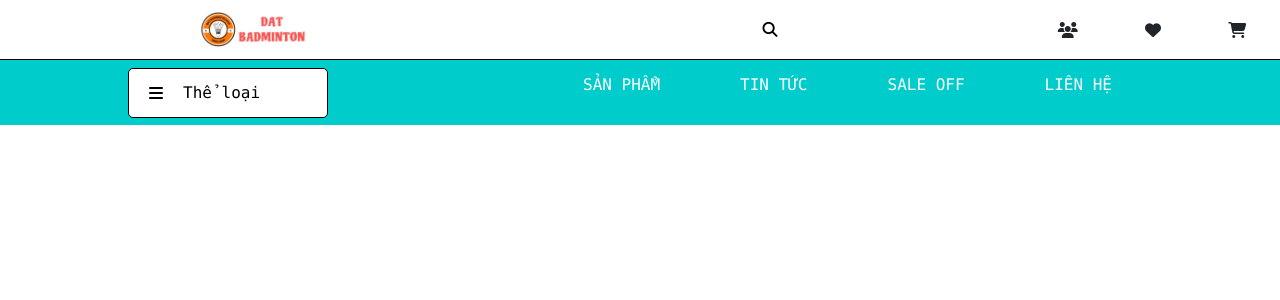
Repository: giacatdat2k5/Baitaplon
Page: da/d1.html
The author's editor kept a copy of each file at every save. The page is drawn from the files as they stood at one save, then again after the next save.
The browser window is 1280 px wide. The pictures show the whole page.

Above is the page before, as saved 2023-11-11 22:22:32.

### da/d1.html
<!DOCTYPE html>
<html lang="en">
    <head>
        <meta charset="UTF-8">
        <meta name="viewport" content="width=device-width, initial-scale=1.0">
        <title>Document</title>
        <link rel="stylesheet" type="text/css" href="d1.css">
        <link rel="stylesheet" href="https://cdnjs.cloudflare.com/ajax/libs/font-awesome/6.4.2/css/all.min.css"/>
        <script src="https://ajax.googleapis.com/ajax/libs/jquery/3.7.1/jquery.min.js"></script>
        <link href="https://cdn.jsdelivr.net/npm/bootstrap@5.3.2/dist/css/bootstrap.min.css" rel="stylesheet" integrity="sha384-T3c6CoIi6uLrA9TneNEoa7RxnatzjcDSCmG1MXxSR1GAsXEV/Dwwykc2MPK8M2HN" crossorigin="anonymous">
    </head>
<body>
    <script src="https://cdn.jsdelivr.net/npm/bootstrap@5.3.2/dist/js/bootstrap.bundle.min.js" integrity="sha384-C6RzsynM9kWDrMNeT87bh95OGNyZPhcTNXj1NW7RuBCsyN/o0jlpcV8Qyq46cDfL" crossorigin="anonymous"></script>
    <div class="header">
        <div class="select">
            <div class="logoo">

            </div>
        </div>
        <div class="search">
            <form action="" id="search-box">
                <input type="text" id="search-text" placeholder="Tìm sản phẩm ..."
                required>
                <button id="search-button"><i class="fa-solid fa-magnifying-glass"></i></button>
            </form>
        </div>
        <div class="icon">
            <i class="fa-solid fa-users"></i>
            <i class="fa-solid fa-heart"></i>
            <i class="fa-solid fa-cart-shopping"></i>
        </div>
    </div>
    <div class="bigmenu">
        <div class="header_inner">
            <div class="logo">
                <i class="fa-solid fa-bars"></i>
                Thể loại
            </div>
            <ul class="menu">
                <li class="menu_item">
                    <a href="" class="menu_link"> Sản Phẩm</a>
                    <div class="menu_child">
                        <div class="menu_child-item">
                            <h4>Vợt cầu lông</h4>
                            <ul class="menu_child-list">
                                <li>Vợt Yonex</li>
                                <li>Vợt Lining</li>
                                <li>Vợt Victoc</li>
                                <li>Vợt Kumpoo</li>
                                <li>Khác</li>
                            </ul>
                        </div>
                        <div class="menu_child-item">
                            <h4>Giày cầu lông</h4>
                            <ul class="menu_child-list">
                                <li>Giày Yonex</li>
                                <li>Giày Linign</li>
                                <li>Giày Mizuno</li>
                                <li>Giày Kamito</li>
                                <li>Khác</li>
                            </ul>
                        </div>
                        <div class="menu_child-item">
                            <h4>Áo cầu lông</h4>
                            <ul class="menu_child-list">
                                <li>Áo Yonex</li>
                                <li>Áo Lining</li>
                                <li>Áo Bubadu</li>
                                <li>Áo ĐTQG</li>
                                <li>Khác</li>
                            </ul>
                        </div>
                        <div class="menu_child-item">
                            <h4>Balo cầu lông</h4>
                            <ul class="menu_child-list">
                                <li>Balo Yonex</li>
                                <li>Balo Kawaski</li>
                                <li>Balo Lining</li>
                                <li>Balo Victoi</li>
                                <li>Khác</li>
                            </ul>
                        </div>
                    </div>
                </li>
                <li class="menu_item"><a href="" class="menu_link"> Tin Tức</a></li>
                <li class="menu_item"><a href="" class="menu_link"> Sale Off</a></li>
                <li class="menu_item"><a href="" class="menu_link"> Liên Hệ</a></li>
            </ul>
        </div>
    </div>
    <div class="link-dan"></div>
</body>
</html>

### da/d1.css
*{
    margin:0;
    list-style-type: none;
}
.header{
    width: 100%;
    height:60px;
    background-color:white;
    border-bottom: 1px solid black;
    display: flex;
}
.select{
    width: 40%;
    height: 100%;
    display: flex;
    align-items: center;
    justify-content: center;
}
.logoo{
    width: 124px;
    height: 60%;
    background-image: url('moinhat.jpg');
    background-size: contain;
    cursor: pointer;
}

.search{
    width: 40%;
    height: 100%;
    display: flex;
    justify-content: center;
    align-items: center;
}
.icon{
    width: 20%;
    height: 100%;
    cursor: pointer;
    display: flex;
    justify-content: space-around;
    align-items: center;
}
.icon i:hover{
    filter: drop-shadow(0 0 2px black);
    color:pink;
    transition: 0.25s ease-in-out;
}
*{
    box-sizing: border-box;
}
#search-box{
    background-color: white;
    border-radius: 30px;
}
#search-box #search-text{
    border:none;
    outline: none;
    background-color: none;
    width: 0;
    padding: 0;
    transition: all 0.25s ease-in-out;
}
#search-box:hover #search-text, #search-box #search-text:valid{
    width: 300px;
    padding: 10px 0px 10px 15px;
}
#search-box #search-button{
    background-color: white;
    border:none;
    padding: 10px 13px;
    cursor: pointer;
    border-radius: 50%;
    font-size: 15px;
}
.bigmenu{
    background-color: #00CCCC;
}
.header_inner{
    max-width: 1024px;
    height: 65px;
    margin: 0 auto;
    display: flex;
    justify-content: space-between;
    align-items:center;
    position: relative;
}
.logo{
    width: 200px;
    height: 50px;
    display: flex;
    align-items: center;
    text-indent: 20px;
    border: 1px solid black;
    border-radius: 5px;
    font-family:Monaco;
    background-color: white;
    color:black;
    cursor: pointer;
}
.logo:hover{
    background-color: rgb(233, 225, 225);
    transition: 0.25s ease-in-out;
    filter: drop-shadow(0 0 3px white);
}
.menu{
    display: flex;
    align-items: center;
}
.menu_item{
    margin: 0 1rem;
}
.menu_item:hover .menu_child{
    opacity: 1;
    visibility:visible;
    transition: 0.25s linear;
    filter: drop-shadow(0 0 5px white);
}
.menu_child{
    position:absolute;
    top:100%;
    left: 0;
    width: 100%;
    display:flex;
    align-items: center;
    justify-content: center;
    opacity: 0;
    visibility: hidden;
    z-index: 2;
}
.menu_child-item{
    width: 25%;
}
.menu_child-item h4{
    color: white;
    border-top: 1px solid black;
    border-bottom: 1px solid black;
    padding: 0.7rem;
    margin: 0;
    background-color: #00CCCC;
}
.menu_child-list{
    padding: 0;
}
.menu_child-list li{
    margin: 0;
    padding: 0.7rem;
    background-color: white;
    border-top: 1px solid black;
    border-bottom: 0.1px solid black;
    color: black;
}
.menu_child-list li:hover{
    transition: 0.25s linear;
    background-color:#DCDCDCFF;
    filter: drop-shadow(0 0 3px #00CCCC );

}
.menu_link{
    color: white;
    text-transform: uppercase;
    text-decoration: none;
    font-size: 1rem;
    display: flex;
    justify-content: center;
    align-items: center;
    padding: 1.5rem;
    font-family: monaco;
}
.link-dan{
    width: 100%;
    height: 100px;
}

After the next save:
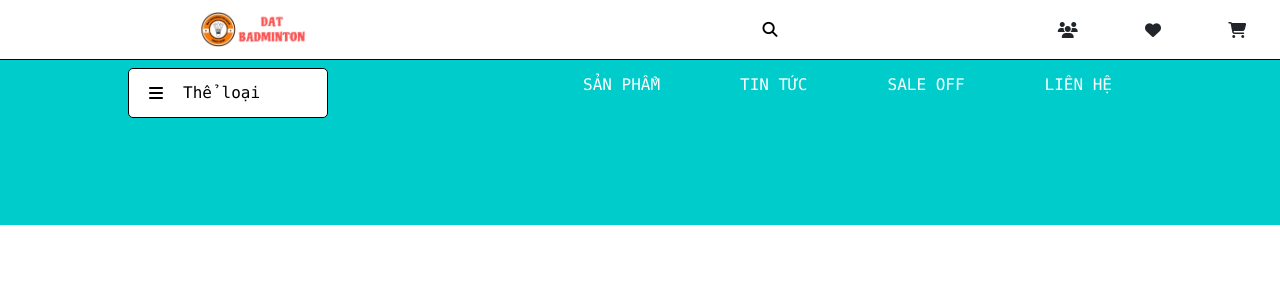
Saved 5 s later.
--- a/da/d1.css
+++ b/da/d1.css
@@ -168,4 +168,5 @@
 .link-dan{
     width: 100%;
     height: 100px;
+    background-color: #00CCCC;
 }

After the save that followed:
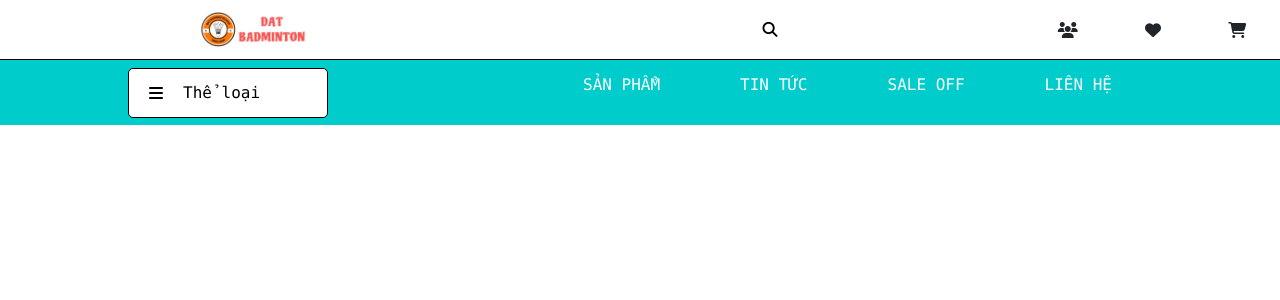
Saved 7 s later.
--- a/da/d1.css
+++ b/da/d1.css
@@ -168,5 +168,5 @@
 .link-dan{
     width: 100%;
     height: 100px;
-    background-color: #00CCCC;
+    background-color:\;
 }
